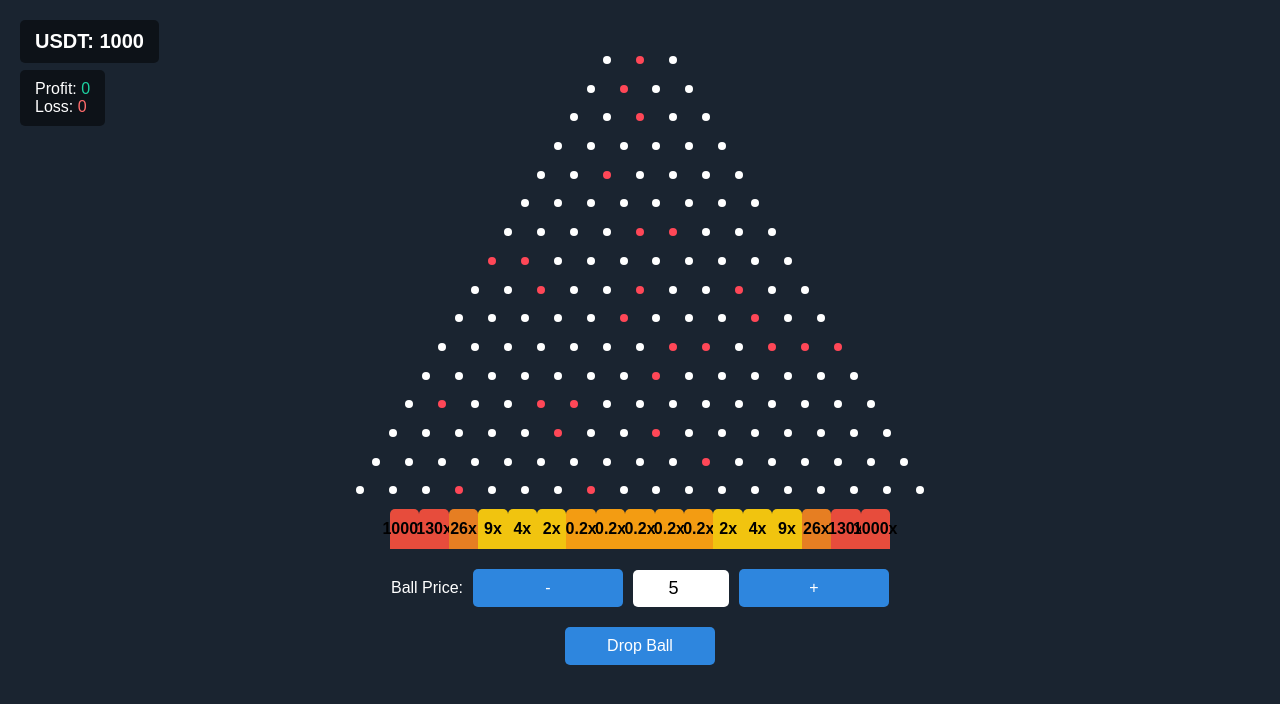
Repository: daffa-alif/PLINKO-JS
Page: plinko.html
These files come from the project's save history. The page is drawn as it stood at one moment and after the next save; the edit follows.
The browser window is 1280 px wide. The pictures show the whole page.

Above is the page before, as saved 2025-03-07 08:03:00.

After the next save:
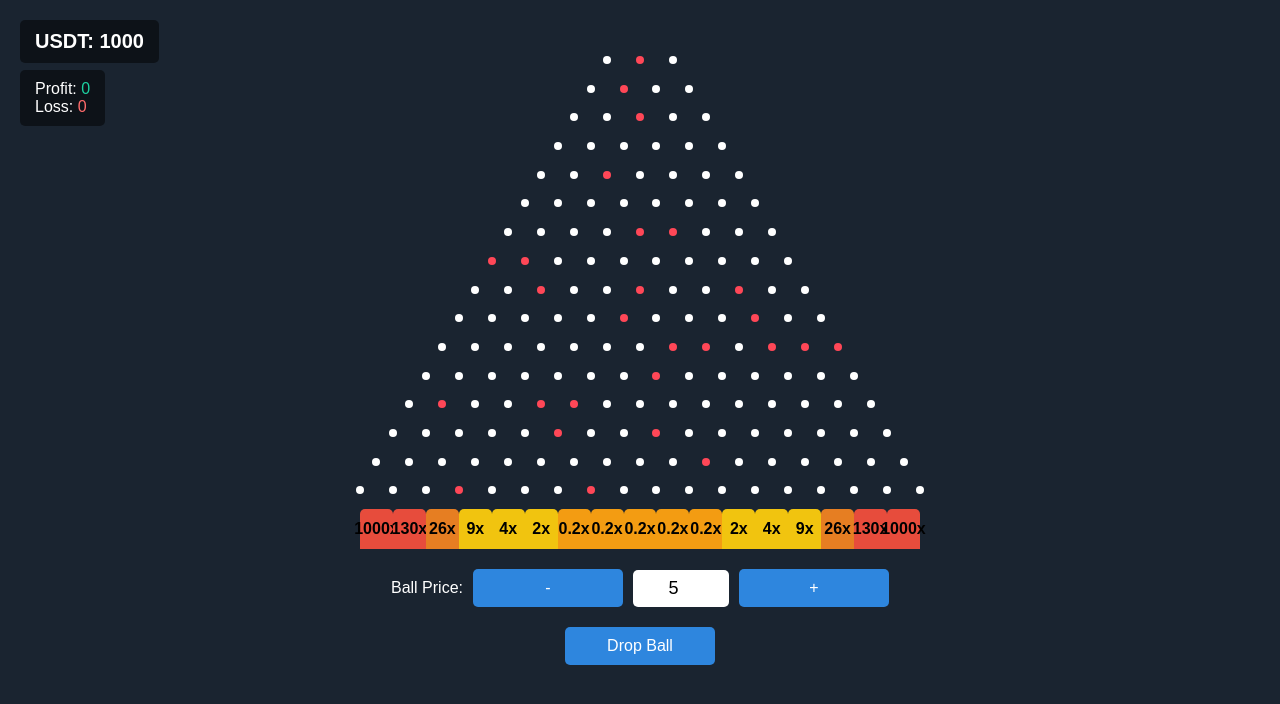
Saved 5 min 11 s later.
--- a/plinko.html
+++ b/plinko.html
@@ -205,14 +205,15 @@
     <script>
         // Game configuration
         const config = {
-            rows: 16,                // Increased to match the image
+            rows: 16,                // Number of rows of pegs
             pegsStartCount: 3,       // Start with 3 pegs at the top row
             ballSpeed: 0.5,
             gravity: 0.15,
             friction: 0.99,
             pegInfluence: 0.6,
             maxActiveBalls: 10,
-            multipliers: [1000, 130, 26, 9, 4, 2, 0.2, 0.2, 0.2, 0.2, 0.2, 2, 4, 9, 26, 130, 1000], // Updated to match image
+            // Updated multipliers to match the image exactly
+            multipliers: [1000, 130, 26, 9, 4, 2, 0.2, 0.2, 0.2, 0.2, 0.2, 2, 4, 9, 26, 130, 1000],
             horizontalSpacingFactor: 1.12
         };
 
@@ -269,9 +270,15 @@
                 }
             }
 
-            // Create buckets
+            // Create buckets - FIXED VERSION
             const buckets = document.createElement('div');
             buckets.className = 'buckets';
+
+            // Get the last row of pegs to align buckets with
+            const lastRowPegs = pegLayout.slice(-config.pegsStartCount - config.rows + 1);
+            const leftmostPeg = lastRowPegs[0].x;
+            const rightmostPeg = lastRowPegs[lastRowPegs.length - 1].x;
+            const bucketAreaWidth = rightmostPeg - leftmostPeg;
 
             // Define colors for buckets based on multipliers
             const getColorForMultiplier = (multiplier) => {
@@ -281,13 +288,21 @@
                 return '#f39c12';                             // Gold for low multipliers
             };
 
+            // Set the buckets container width to match the width of the last row of pegs
+            buckets.style.width = `${bucketAreaWidth}px`;
+            buckets.style.left = `${leftmostPeg}px`;
+            buckets.style.position = 'absolute';
+
             // Add bucket divs to match the multipliers
-            for (let i = 0; i < config.multipliers.length; i++) {
+            const multiplierCount = config.multipliers.length;
+            const bucketWidth = bucketAreaWidth / multiplierCount;
+
+            for (let i = 0; i < multiplierCount; i++) {
                 const bucket = document.createElement('div');
                 bucket.className = 'bucket';
                 bucket.style.backgroundColor = getColorForMultiplier(config.multipliers[i]);
                 bucket.textContent = `${config.multipliers[i]}x`;
-                bucket.style.width = `${boardWidth / config.multipliers.length}px`;
+                bucket.style.width = `${bucketWidth}px`;
                 buckets.appendChild(bucket);
             }
 
@@ -375,6 +390,16 @@
             const boardWidth = board.clientWidth;
             const boardHeight = board.clientHeight;
 
+            // Get bucket positions for collision detection - FIXED VERSION
+            const buckets = document.querySelector('.buckets');
+            const bucketsRect = buckets.getBoundingClientRect();
+            const boardRect = board.getBoundingClientRect();
+
+            const bucketsLeft = bucketsRect.left - boardRect.left;
+            const bucketsWidth = bucketsRect.width;
+            const bucketCount = config.multipliers.length;
+            const bucketWidth = bucketsWidth / bucketCount;
+
             // Process each active ball
             for (let i = activeBalls.length - 1; i >= 0; i--) {
                 const ball = activeBalls[i];
@@ -439,14 +464,20 @@
                     }
                 }
 
-                // Check if ball reached bottom
+                // Check if ball reached bucket level
                 if (ball.y > boardHeight - 60) {
-                    // Calculate which bucket the ball fell into
-                    const bucketWidth = boardWidth / config.multipliers.length;
-                    const bucketIndex = Math.min(
-                        Math.floor(ball.x / bucketWidth),
-                        config.multipliers.length - 1
-                    );
+                    // Calculate which bucket the ball fell into based on the fixed buckets position - FIXED VERSION
+                    let bucketIndex = -1;
+
+                    // Check if the ball is within the bucket area
+                    if (ball.x >= bucketsLeft && ball.x <= bucketsLeft + bucketsWidth) {
+                        // Calculate the bucket index based on the ball's position relative to the buckets
+                        bucketIndex = Math.floor((ball.x - bucketsLeft) / bucketWidth);
+                        bucketIndex = Math.min(bucketIndex, bucketCount - 1);
+                    } else {
+                        // If the ball is outside the bucket area, put it in the nearest edge bucket
+                        bucketIndex = ball.x < bucketsLeft ? 0 : bucketCount - 1;
+                    }
 
                     // Apply multiplier to the bet
                     const multiplier = config.multipliers[bucketIndex];
@@ -479,10 +510,10 @@
                     }
 
                     // Highlight the winning bucket
-                    const buckets = document.querySelectorAll('.bucket');
-                    buckets[bucketIndex].style.transform = 'translateY(-5px)';
+                    const bucketElements = document.querySelectorAll('.bucket');
+                    bucketElements[bucketIndex].style.transform = 'translateY(-5px)';
                     setTimeout(() => {
-                        buckets[bucketIndex].style.transform = 'translateY(0)';
+                        bucketElements[bucketIndex].style.transform = 'translateY(0)';
                     }, 300);
 
                     // Remove ball from DOM
@@ -519,8 +550,8 @@
             document.getElementById('decreasePrice').addEventListener('click', () => {
                 const priceInput = document.getElementById('ballPrice');
                 let currentPrice = parseInt(priceInput.value);
-                if (currentPrice > 10) {
-                    priceInput.value = currentPrice - 10;
+                if (currentPrice > 5) {
+                    priceInput.value = currentPrice - 5;
                 }
             });
 
@@ -528,15 +559,15 @@
                 const priceInput = document.getElementById('ballPrice');
                 let currentPrice = parseInt(priceInput.value);
                 if (currentPrice < 1000) {
-                    priceInput.value = currentPrice + 10;
+                    priceInput.value = currentPrice + 5;
                 }
             });
 
             // Ensure ball price is valid
             document.getElementById('ballPrice').addEventListener('change', (e) => {
                 let value = parseInt(e.target.value);
-                if (isNaN(value) || value < 10) {
-                    e.target.value = 10;
+                if (isNaN(value) || value < 5) {
+                    e.target.value = 5;
                 } else if (value > 1000) {
                     e.target.value = 1000;
                 }
